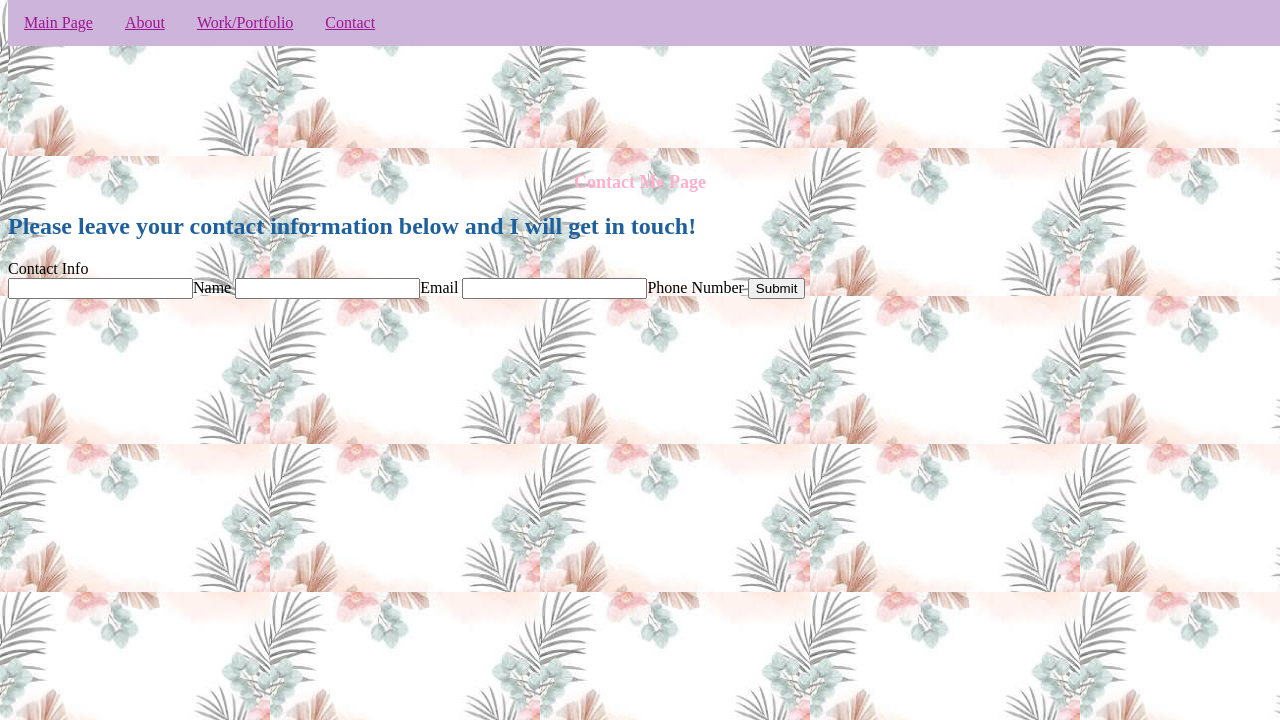
Repository: MelindaN14/My-Personal-Website
Page: contact.html
The author's editor kept a copy of each file at every save. The page is drawn from the files as they stood at one save, then again after the next save.
The browser window is 1280 px wide. The pictures show the whole page.

Above is the page before, as saved 2024-03-25 22:36:57.

After the next save:
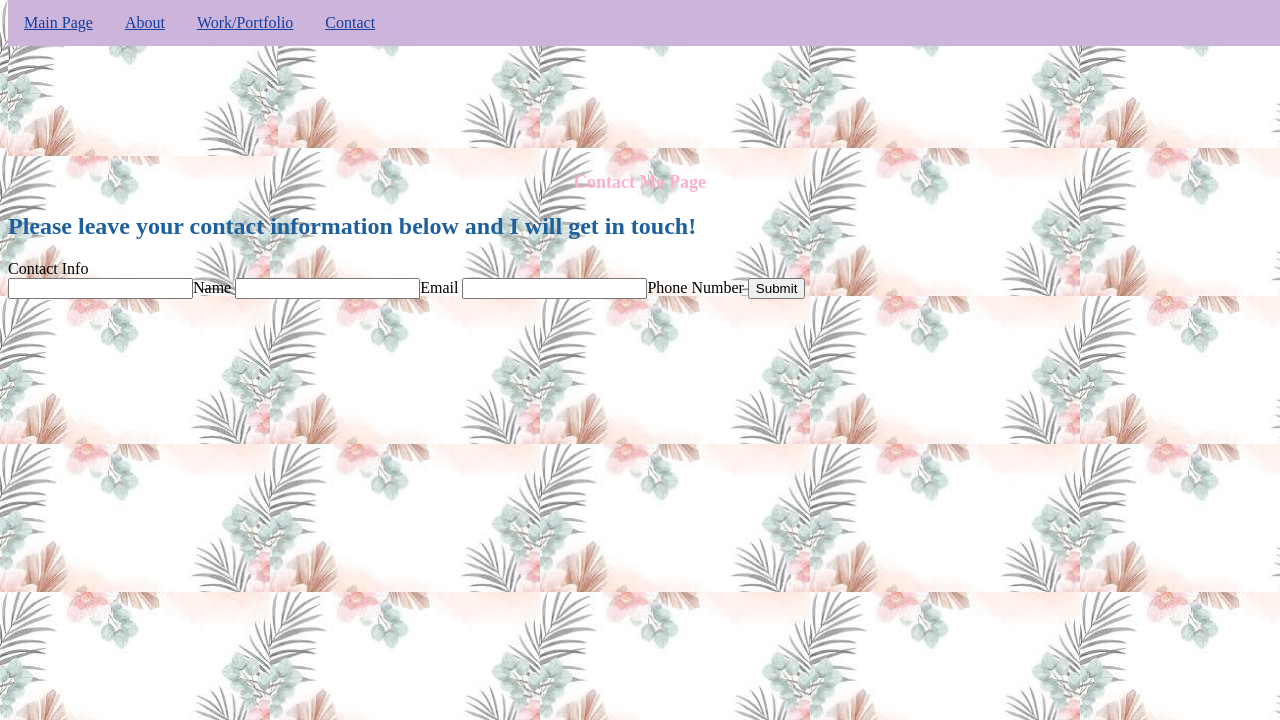
Saved 12 s later.
--- a/style.css
+++ b/style.css
@@ -10,7 +10,7 @@
 .navbar a {
   float: left;
   display: block;
-  color: #a11491;
+  color: #143ea1;
   text-align: center;
   padding: 14px 16px;
 }
